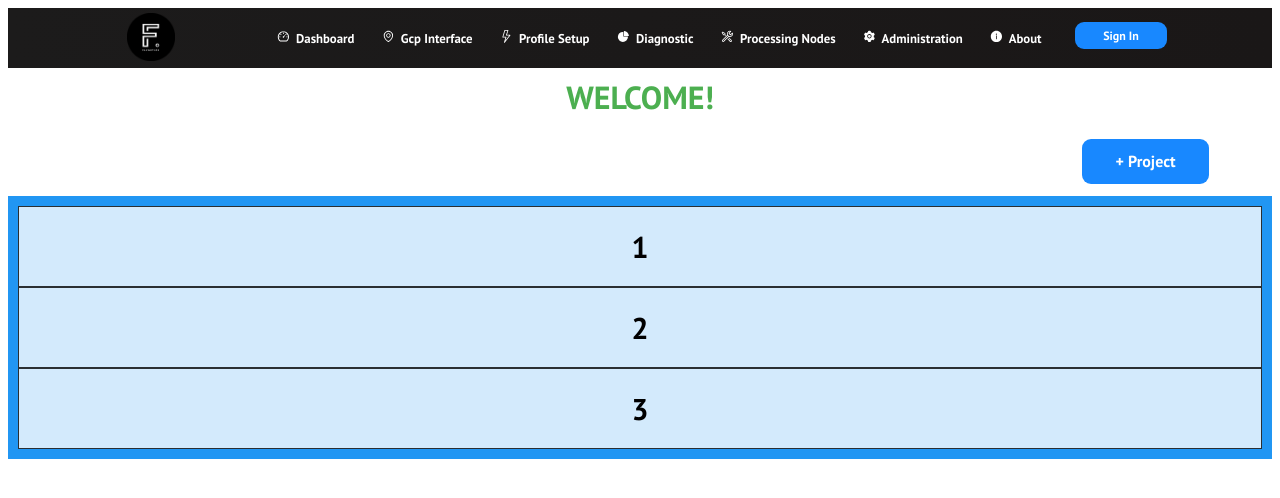
Repository: Akshaykumar1111/akki
Page: /Dashboard
These files come from the project's save history. The page is drawn as it stood at one moment and after the next save; the edit follows.
The browser window is 1280 px wide. The pictures show the whole page.
Some web libraries are served in a nearby version. The project was rebuilt for these pictures with package versions that can differ from the ones it lists, and the page was loaded fresh each time. Also part of the build but not shown: src/components/pages/Administration.css, src/components/pages/Administration.js, src/components/pages/Diagnostic.js, src/components/pages/ProfileSetup.js, src/components/pages/GcpInterface.js, src/components/pages/ProcessingNodes.js, src/components/pages/About.js, src/components/pages/Popup.css and 7 more.

Above is the page before, as saved 2022-10-20 12:36:35.

After the next save:
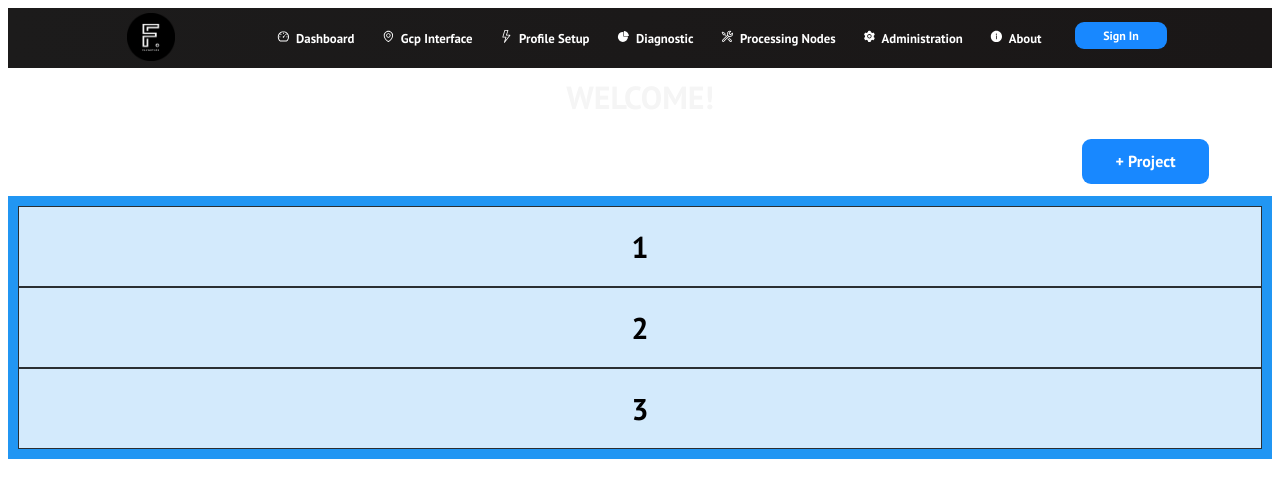
Saved 27 s later.
--- a/src/components/pages/Dashboard.css
+++ b/src/components/pages/Dashboard.css
@@ -18,5 +18,5 @@
   h1 {
     text-align: center;
     text-transform: uppercase;
-    color: #4CAF50;
+    color: whitesmoke;
   }
